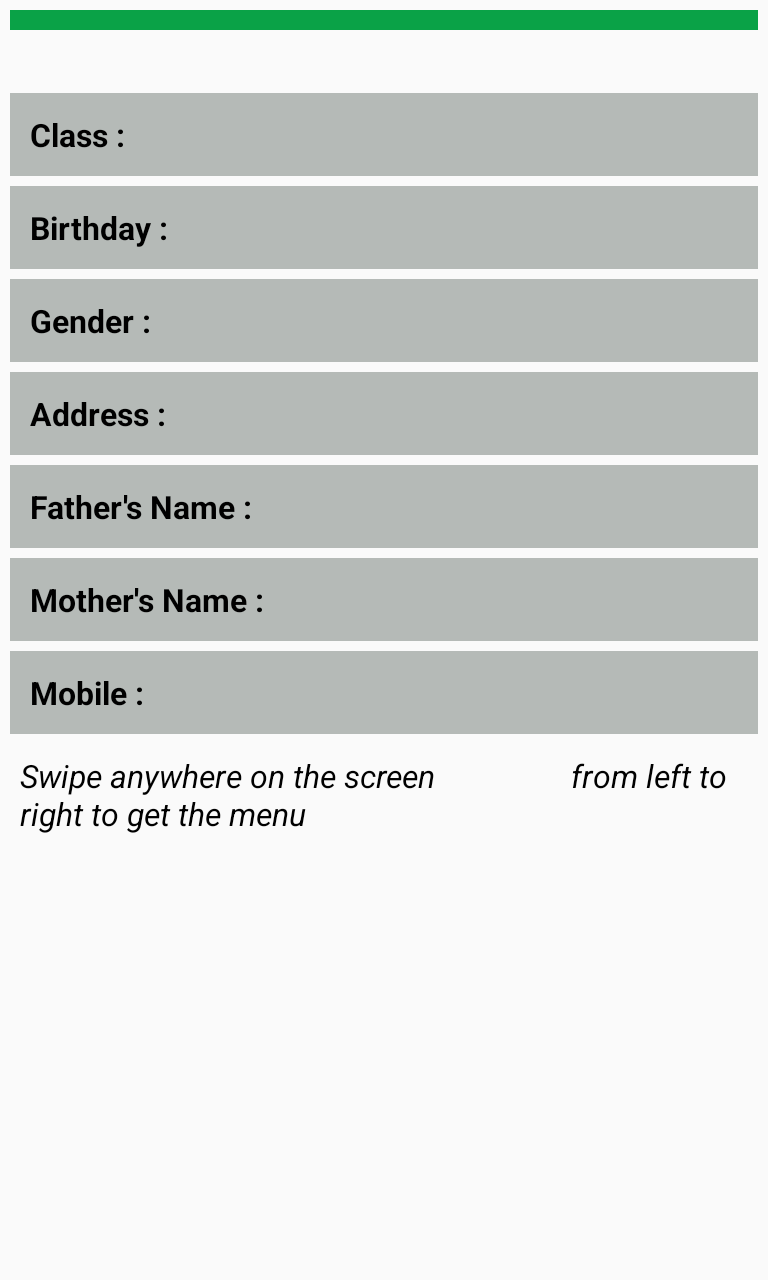
Repository: iguardian2015/iguardian-litchi
Layout: iguardian/res/layout/costum_main_student.xml
These files come from the project's save history. The layout is drawn as it stood at one moment and after the next save; the edit follows.
It is drawn on a 768 x 1280 px phone screen (xhdpi) without system bars, with theme AppTheme; the app's code is not run.

Above is the layout before, as saved 2015-01-03 21:40:53.

### iguardian/res/layout/costum_main_student.xml
<ScrollView xmlns:android="http://schemas.android.com/apk/res/android"
    xmlns:tools="http://schemas.android.com/tools"
    android:layout_width="fill_parent"
    android:layout_height="fill_parent"
    tools:context=".ComposeMessage" >

    <LinearLayout
        android:layout_width="match_parent"
        android:layout_height="wrap_content"
        android:layout_centerInParent="false"
        android:orientation="vertical"
        android:padding="5dp" >

        <ImageView
            android:id="@+id/student_image"
            android:layout_width="fill_parent"
            android:layout_height="fill_parent"
            android:layout_gravity="center"
            android:background="#0AA247"
            android:padding="5dp" />

        <TextView
            android:id="@+id/student_name"
            android:layout_width="fill_parent"
            android:layout_height="wrap_content"
            android:gravity="center"
            android:padding="5dp"
            android:textColor="#000000"
            android:textSize="16sp"
            android:textStyle="bold" />

        <LinearLayout
            android:layout_width="match_parent"
            android:layout_height="wrap_content"
            android:layout_centerInParent="false"
            android:layout_marginBottom="5dp"
            android:background="#B5BAB7"
            android:orientation="horizontal"
            android:padding="5dp" >

            <TextView
                android:id="@+id/student_classs"
                android:layout_width="wrap_content"
                android:layout_height="wrap_content"
                android:gravity="left"
                android:padding="5dp"
                android:text="Class :"
                android:textColor="#000000"
                android:textSize="16sp"
                android:textStyle="bold" />

            <TextView
                android:id="@+id/student_class"
                android:layout_width="wrap_content"
                android:layout_height="wrap_content"
                android:padding="5dp"
                android:textColor="#000000"
                android:textSize="14sp"
                android:textStyle="italic" />
        </LinearLayout>

        <LinearLayout
            android:layout_width="match_parent"
            android:layout_height="wrap_content"
            android:layout_centerInParent="false"
            android:layout_marginBottom="5dp"
            android:background="#B5BAB7"
            android:orientation="horizontal"
            android:padding="5dp" >

            <TextView
                android:id="@+id/student_birth_dates"
                android:layout_width="wrap_content"
                android:layout_height="wrap_content"
                android:gravity="left"
                android:padding="5dp"
                android:text="Birthday :"
                android:textColor="#000000"
                android:textSize="16sp"
                android:textStyle="bold" />

            <TextView
                android:id="@+id/student_birth_date"
                android:layout_width="wrap_content"
                android:layout_height="wrap_content"
                android:padding="5dp"
                android:textColor="#000000"
                android:textSize="14sp"
                android:textStyle="italic"
                android:typeface="sans" />
        </LinearLayout>

        <LinearLayout
            android:layout_width="match_parent"
            android:layout_height="wrap_content"
            android:layout_centerInParent="false"
            android:layout_marginBottom="5dp"
            android:background="#B5BAB7"
            android:orientation="horizontal"
            android:padding="5dp" >

            <TextView
                android:id="@+id/student_genders"
                android:layout_width="wrap_content"
                android:layout_height="wrap_content"
                android:gravity="left"
                android:padding="5dp"
                android:text="Gender :"
                android:textColor="#000000"
                android:textSize="16sp"
                android:textStyle="bold" />

            <TextView
                android:id="@+id/student_gender"
                android:layout_width="wrap_content"
                android:layout_height="wrap_content"
                android:padding="5dp"
                android:textColor="#000000"
                android:textSize="14sp"
                android:textStyle="italic" />
        </LinearLayout>

        <LinearLayout
            android:layout_width="match_parent"
            android:layout_height="wrap_content"
            android:layout_centerInParent="false"
            android:layout_marginBottom="5dp"
            android:background="#B5BAB7"
            android:orientation="horizontal"
            android:padding="5dp" >

            <TextView
                android:id="@+id/student_addresses"
                android:layout_width="wrap_content"
                android:layout_height="wrap_content"
                android:gravity="left"
                android:padding="5dp"
                android:text="Address :"
                android:textColor="#000000"
                android:textSize="16sp"
                android:textStyle="bold" />

            <TextView
                android:id="@+id/student_address"
                android:layout_width="wrap_content"
                android:layout_height="wrap_content"
                android:padding="5dp"
                android:textColor="#000000"
                android:textSize="14sp"
                android:textStyle="italic" />
        </LinearLayout>

        <LinearLayout
            android:layout_width="match_parent"
            android:layout_height="wrap_content"
            android:layout_centerInParent="false"
            android:layout_marginBottom="5dp"
            android:background="#B5BAB7"
            android:orientation="horizontal"
            android:padding="5dp" >

            <TextView
                android:id="@+id/student_father_names"
                android:layout_width="wrap_content"
                android:layout_height="wrap_content"
                android:gravity="left"
                android:padding="5dp"
                android:text="Father&apos;s Name :"
                android:textColor="#000000"
                android:textSize="16sp"
                android:textStyle="bold" />

            <TextView
                android:id="@+id/student_father_name"
                android:layout_width="wrap_content"
                android:layout_height="wrap_content"
                android:padding="5dp"
                android:textColor="#000000"
                android:textSize="14sp"
                android:textStyle="italic"
                android:typeface="sans" />
        </LinearLayout>

        <LinearLayout
            android:layout_width="match_parent"
            android:layout_height="wrap_content"
            android:layout_centerInParent="false"
            android:layout_marginBottom="5dp"
            android:background="#B5BAB7"
            android:orientation="horizontal"
            android:padding="5dp" >

            <TextView
                android:id="@+id/student_mother_names"
                android:layout_width="wrap_content"
                android:layout_height="wrap_content"
                android:gravity="left"
                android:padding="5dp"
                android:text="Mother&apos;s Name :"
                android:textColor="#000000"
                android:textSize="16sp"
                android:textStyle="bold" />

            <TextView
                android:id="@+id/student_mother_name"
                android:layout_width="wrap_content"
                android:layout_height="wrap_content"
                android:padding="5dp"
                android:textColor="#000000"
                android:textSize="14sp"
                android:textStyle="italic" />
        </LinearLayout>

        <LinearLayout
            android:layout_width="match_parent"
            android:layout_height="wrap_content"
            android:layout_centerInParent="false"
            android:layout_marginBottom="5dp"
            android:background="#B5BAB7"
            android:orientation="horizontal"
            android:padding="5dp" >

            <TextView
                android:id="@+id/student_mobile"
                android:layout_width="wrap_content"
                android:layout_height="wrap_content"
                android:gravity="left"
                android:padding="5dp"
                android:text="Mobile :"
                android:textColor="#000000"
                android:textSize="16sp"
                android:textStyle="bold" />

            <TextView
                android:id="@+id/no_of_communication"
                android:layout_width="fill_parent"
                android:layout_height="wrap_content"
                android:padding="5dp"
                android:textColor="#000000"
                android:textSize="14sp"
                android:textStyle="italic" />
        </LinearLayout>

        <TextView
            android:id="@+id/swipe_anywhere"
            android:layout_width="wrap_content"
            android:layout_height="wrap_content"
            android:gravity="left"
            android:padding="5dp"
            android:text="Swipe anywhere on the screen
                from left to right to get the menu"
            android:textColor="#000000"
            android:textSize="16sp"
            android:textStyle="italic" />
    </LinearLayout>

</ScrollView>

### iguardian/res/values/styles.xml
<resources>

    <!--
        Base application theme, dependent on API level. This theme is replaced
        by AppBaseTheme from res/values-vXX/styles.xml on newer devices.
    -->
    <style name="AppBaseTheme" parent="Theme.AppCompat.Light">
        <!--
            Theme customizations available in newer API levels can go in
            res/values-vXX/styles.xml, while customizations related to
            backward-compatibility can go here.
        -->
    </style>

    <!-- Application theme. -->
    <style name="AppTheme" parent="AppBaseTheme">
        <!-- All customizations that are NOT specific to a particular API-level can go here. -->
    </style>

    <style name="DefaultButtonText">
       <item name="android:layout_width">fill_parent</item>
        <item name="android:layout_height">wrap_content</item>
        <item name="android:textColor">#FFFFFF</item>
        <item name="android:gravity">center</item>
        <item name="android:layout_margin">3dp</item>
        <item name="android:textStyle">normal</item>
        <item name="android:textSize">20sp</item>
        <item name="android:shadowColor">#f9f9f9</item>
        <item name="android:shadowDx">1</item>
        <item name="android:shadowDy">1</item>
        <item name="android:shadowRadius">1</item>
    </style>

    <style name="btnStyleBeige" parent="@android:style/Widget.Button">
       <item name="android:textSize">15sp</item>
       <item name="android:textStyle">bold</item>
       <item name="android:textColor">#5d6153</item>
       <item name="android:gravity">center</item>
       <item name="android:shadowColor">#000000</item>
       <item name="android:shadowDx">1</item>
       <item name="android:shadowDy">1</item>
       <item name="android:shadowRadius">0.6</item>
       <item name="android:background">@drawable/custom_button</item>
       <item name="android:padding">10dip</item>
   </style>

</resources>

Loaded but not shown: iguardian/res/values-v11/styles.xml (common file); iguardian/res/values-v14/styles.xml (common file)

After the next save:
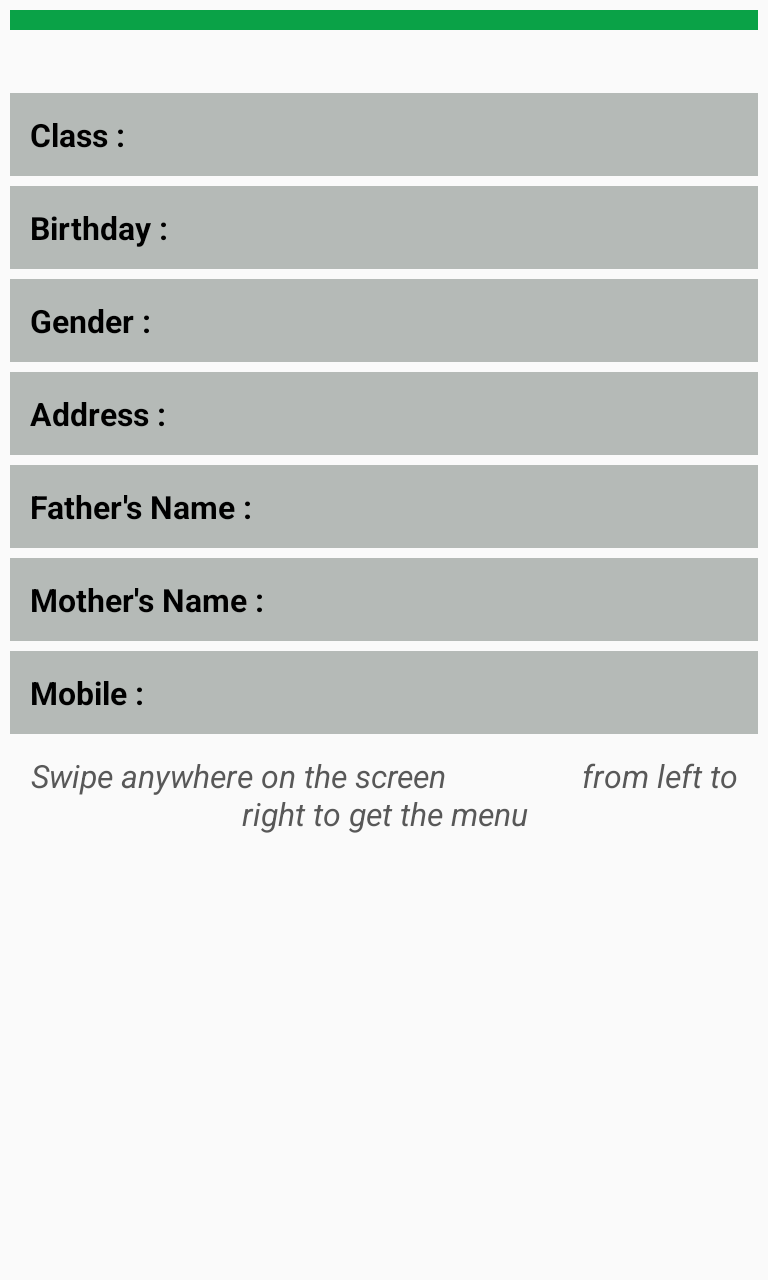
Saved 2 min 16 s later.
--- a/iguardian/res/layout/costum_main_student.xml
+++ b/iguardian/res/layout/costum_main_student.xml
@@ -243,13 +243,13 @@
 
         <TextView
             android:id="@+id/swipe_anywhere"
-            android:layout_width="wrap_content"
-            android:layout_height="wrap_content"
-            android:gravity="left"
+            android:layout_width="match_parent"
+            android:layout_height="wrap_content"
+            android:gravity="center"
             android:padding="5dp"
             android:text="Swipe anywhere on the screen
                 from left to right to get the menu"
-            android:textColor="#000000"
+            android:textColor="#585858"
             android:textSize="16sp"
             android:textStyle="italic" />
     </LinearLayout>
